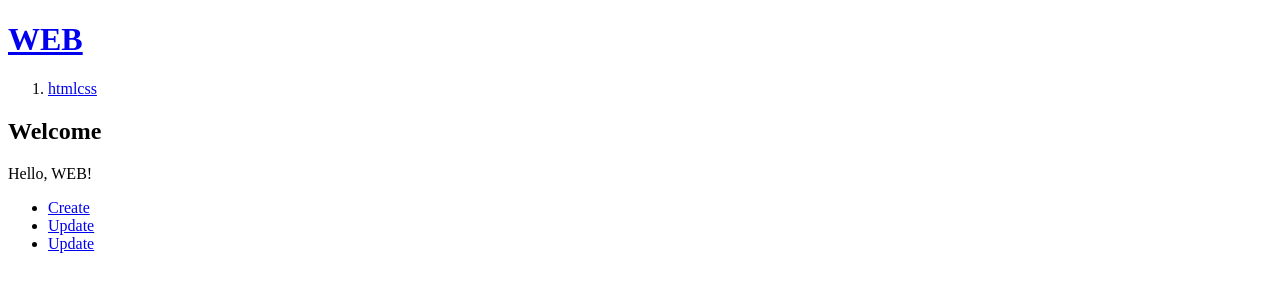
Repository: dnjfht/next_app
Page: /
An editor plug-in stored every save of this project. The page is shown before and after the next save, followed by the edit.
The browser window is 1280 px wide. The pictures show the whole page.
The project was rebuilt for these pictures with package versions that can differ from the ones it lists, and the page was loaded fresh each time. The framework's server and built-in components were replaced by stand-ins that run in the browser. Also part of the build but not shown: next.config.js, src/app/globals.css.

Above is the page before, as saved 2023-09-07 18:05:48.

### src/app/layout.js
import "./globals.css";

export const metadata = {
  title: "Create Next App",
  description: "Generated by create next app",
};

export default function RootLayout({ children }) {
  return (
    <html>
      <body>
        <h1>
          <a href="/">WEB</a>
        </h1>
        <ol>
          <li>
            <a href="/read/1">html</a>
            <a href="/read/2">css</a>
          </li>
        </ol>

        {children}

        <ul>
          <li>
            <a href="/create">Create</a>
          </li>
          <li>
            <a href="/update/1">Update</a>
          </li>
          <li>
            <a href="/update/1">Update</a>
          </li>
        </ul>
      </body>
    </html>
  );
}

### src/app/page.js
export default function Home() {
  return (
    <>
      <h2>Welcome</h2>
      Hello, WEB!
    </>
  );
}

After the next save:
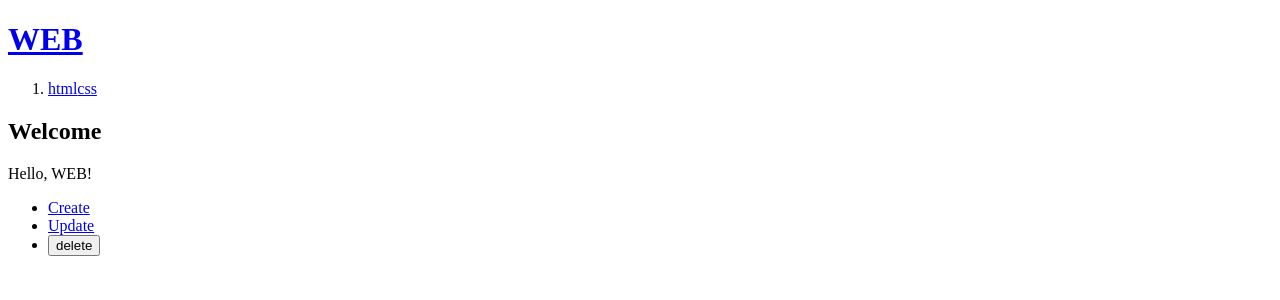
Saved 27 s later.
--- a/src/app/layout.js
+++ b/src/app/layout.js
@@ -29,7 +29,7 @@
             <a href="/update/1">Update</a>
           </li>
           <li>
-            <a href="/update/1">Update</a>
+            <input type="button" value="delete" />
           </li>
         </ul>
       </body>
